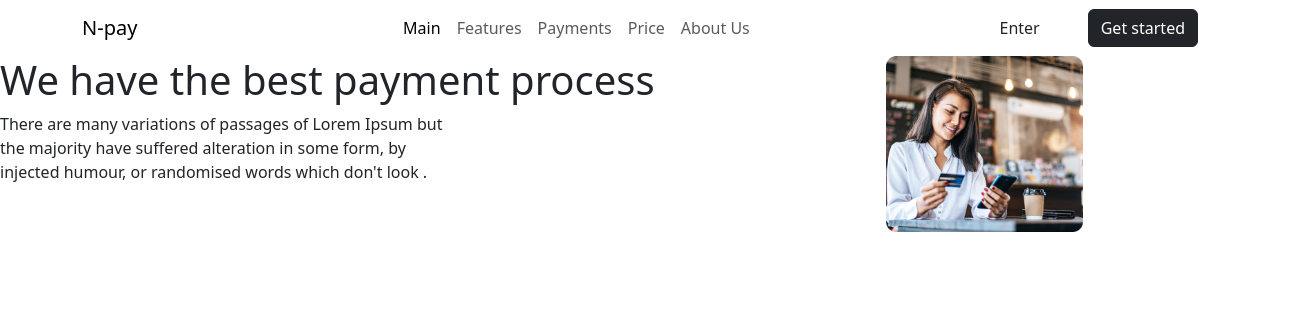
Repository: Senianga/N-pay
Page: index.html
These files come from the project's save history. The page is drawn as it stood at one moment and after a run of saves; the edit follows.
The browser window is 1280 px wide. The page is 1292 px wide, so the pictures cover 1292 px, including what lies to the right of the window. The pictures show the whole page.
The style sheet was rebuilt from its Sass, Less or Tailwind sources for each picture, by a compiler version that may differ from the author's.

Above is the page before, as saved 2023-05-01 14:51:13.

After the next 2 saves:
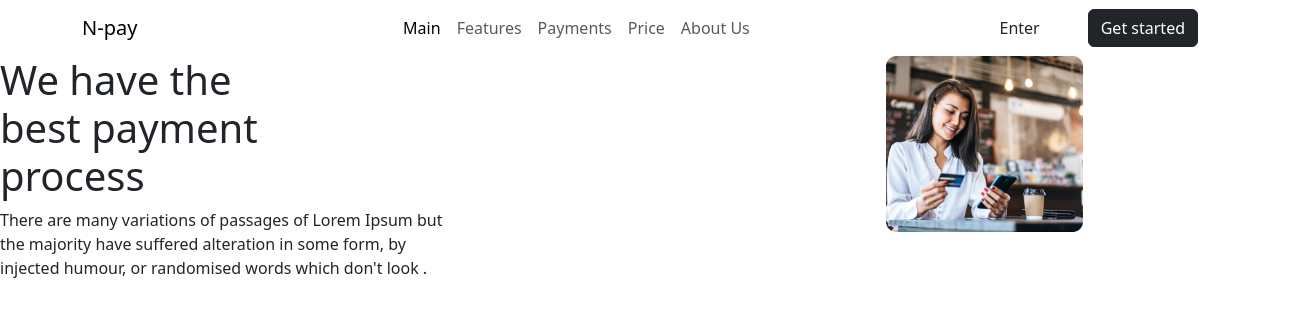
The 2 saves are shown as one change because they came seconds apart.
The last was saved 11 s later.
--- a/index.html
+++ b/index.html
@@ -49,7 +49,7 @@
             <div class="row">
                 <div class="col-mg-6 col-sm-12 d-flex">
                     <div class="content">
-                        <h1 class="">
+                        <h1 class="col-4">
                             We have the best
                             payment process
                         </h1>
